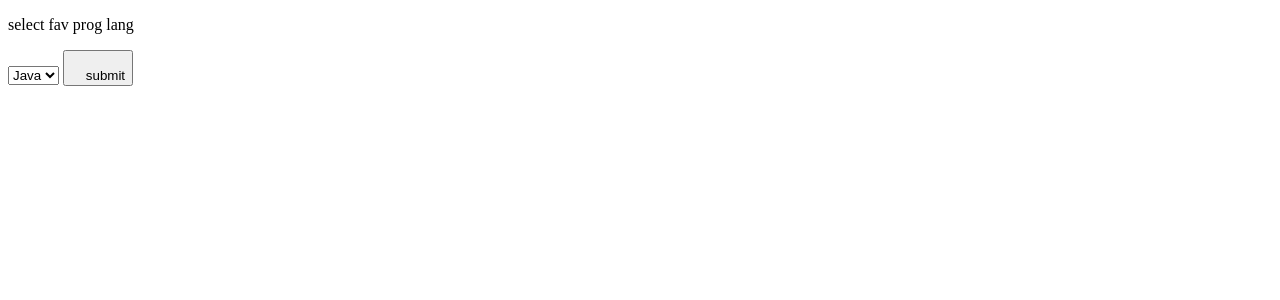
Repository: shivamaninalla/Bank-Application-JSP
Page: http://localhost/03-jsp-form2/cookie.jsp
These files come from the project's save history. The page is drawn as it stood at one moment and after the next save; the edit follows.
The browser window is 1280 px wide. The pictures show the whole page.
The page is served by Tomcat 9. Other server files are loaded and not shown.

Above is the page before, as saved 2024-07-15 07:06:05.

### 03-jsp-form2/WebContent/cookie.jsp
<%@ page language="java" contentType="text/html; charset=ISO-8859-1"
    pageEncoding="ISO-8859-1"%>
<!DOCTYPE html>
<html>
<head>
<meta charset="ISO-8859-1">
<title>Insert title here</title>
</head>
<body>
<p>select fav prog lang</p>
  <form action="cookieresponse.jsp", method="get">
    <select name="fl" id="">
      <option value="java">Java</option>
      <option value="C++">C++</option>
      <option value="C">C</option>
    </select>
    <input type="submit" value="
    submit">
  </form>

</body>
</html>

After the next save:
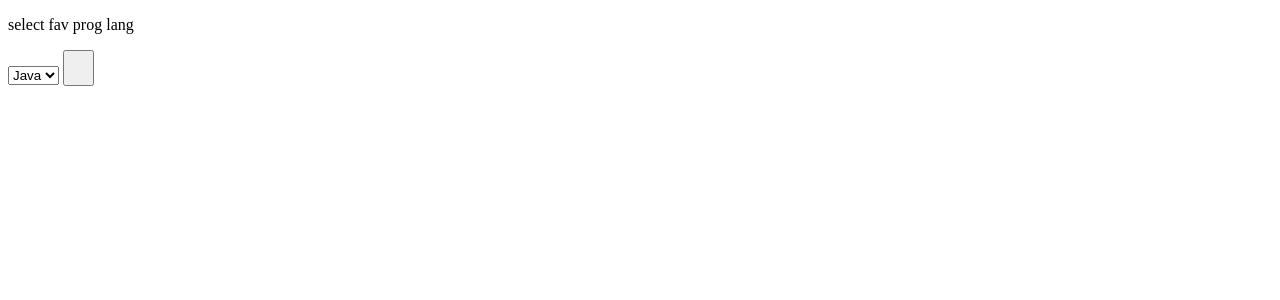
Saved 2 min 8 s later.
--- a/03-jsp-form2/WebContent/cookie.jsp
+++ b/03-jsp-form2/WebContent/cookie.jsp
@@ -15,7 +15,7 @@
       <option value="C">C</option>
     </select>
     <input type="submit" value="
-    submit">
+    ">
   </form>
 
 </body>

After the save that followed:
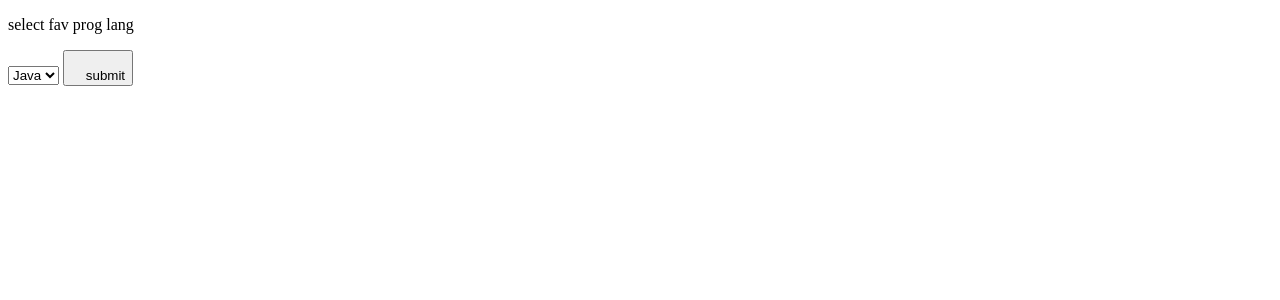
Saved 15 s later.
--- a/03-jsp-form2/WebContent/cookie.jsp
+++ b/03-jsp-form2/WebContent/cookie.jsp
@@ -15,7 +15,7 @@
       <option value="C">C</option>
     </select>
     <input type="submit" value="
-    ">
+    submit">
   </form>
 
 </body>
